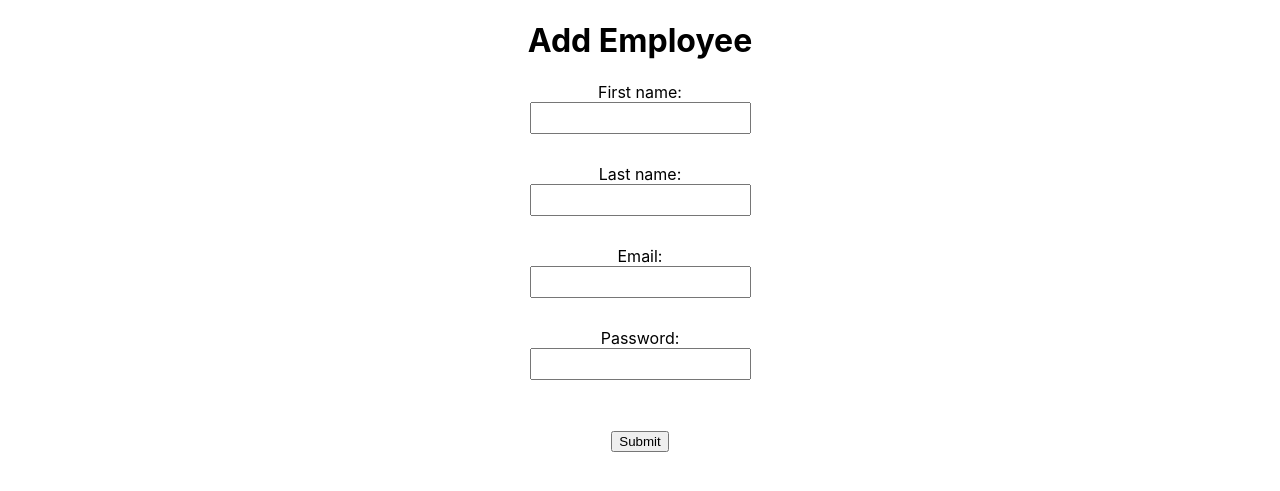
Repository: Biniyamkb/Evangadi-forum
Page: /addemployee (app in demoapp/frontend/)
The author's editor kept a copy of each file at every save. The page is drawn from the files as they stood at one save, then again after a run of saves.
The browser window is 1280 px wide. The pictures show the whole page.
The project was rebuilt for these pictures with package versions that can differ from the ones it lists, and the page was loaded fresh each time. Also part of the build but not shown: demoapp/frontend/src/Pages/Home.js, demoapp/frontend/src/Pages/Login.js.

Above is the page before, as saved 2025-05-04 22:14:02.

### demoapp/frontend/src/index.js
import React from "react";
import ReactDOM from "react-dom/client";
import "./index.css";
import App from "./App";
import reportWebVitals from "./reportWebVitals";
//import the Router from react-router-dom
import { BrowserRouter } from "react-router-dom";
const root = ReactDOM.createRoot(document.getElementById("root"));
root.render(
  <React.StrictMode>
    <BrowserRouter>
      <App />
    </BrowserRouter>
  </React.StrictMode>
);

// If you want to start measuring performance in your app, pass a function
// to log results (for example: reportWebVitals(console.log))
// or send to an analytics endpoint. Learn more: https://bit.ly/CRA-vitals
reportWebVitals();

### demoapp/frontend/src/App.js
import "./App.css";
//import the Router from react-router-dom
import { Routes, Route } from "react-router";
import Home from "./Pages/Home";
import Login from "./Pages/Login";
import AddEmployee from "./Pages/AddEmployee";
function App() {
  return (
    <div className="App">
      <Routes>
        <Route path="/" element={<Home />} />
        <Route path="/addemployee" element={<AddEmployee />} />
        <Route path="/login" element={<Login />} />
      </Routes>
    </div>
  );
}

export default App;

### demoapp/frontend/src/App.css
body {
  font-size: 1em;
  text-align: center;
}
input {
  font-size: 1em;
  text-align: left;
  padding: 5px;
  margin-bottom: 30px;
}
.notice {
  color: #ff0000;
}

### demoapp/frontend/src/Pages/AddEmployee.js
import React from "react";

function AddEmployee() {
  return (
    <div>
      <h1>Add Employee</h1>
      <form>
        <label htmlFor="fname">First name:</label>
        <br />
        <input type="text" id="fname" name="fname" />
        <br />
        <label htmlFor="lname">Last name:</label>
        <br />
        <input type="text" id="lname" name="lname" />
        <br />
        <label htmlFor="email">Email:</label>
        <br />
        <input type="email" id="email" name="email" />
        <br />
        <label htmlFor="password">Password:</label>
        <br />
        <input type="password" id="password" name="password" />
        <br /> <br />
        <button type="submit">Submit</button>
      </form>
    </div>
  );
}

export default AddEmployee;

Loaded but not shown: demoapp/frontend/public/index.html (common file); demoapp/frontend/src/index.css (common file); demoapp/frontend/src/reportWebVitals.js (common file)

After the next 2 saves:
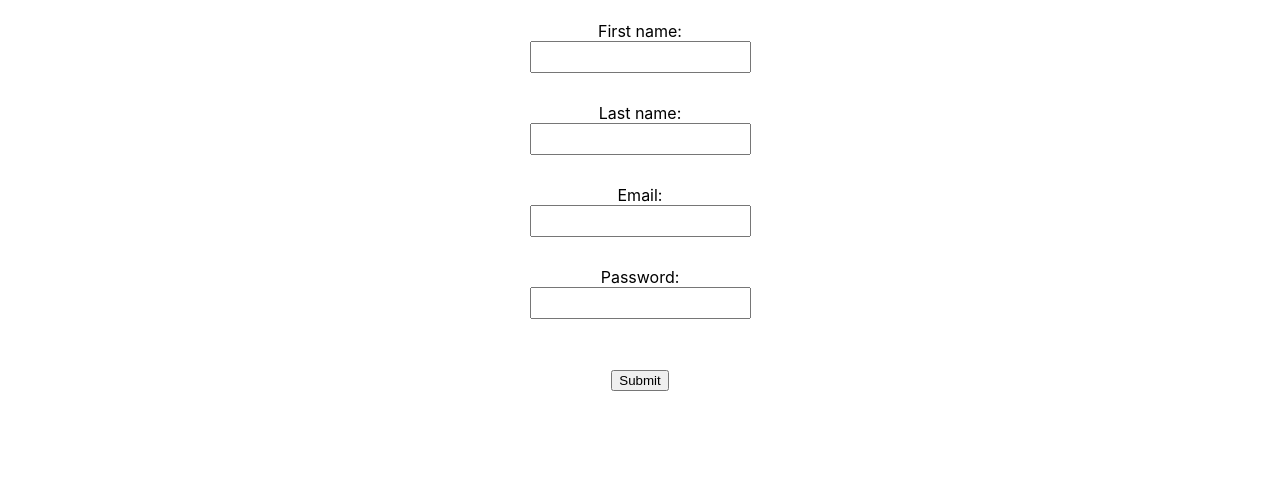
The 2 saves are shown as one change because they came seconds apart.
The last was saved 2 min 21 s later.
--- a/demoapp/frontend/src/Pages/AddEmployee.js
+++ b/demoapp/frontend/src/Pages/AddEmployee.js
@@ -3,7 +3,7 @@
 function AddEmployee() {
   return (
     <div>
-      <h1>Add Employee</h1>
+      <h1>{}</h1>
       <form>
         <label htmlFor="fname">First name:</label>
         <br />

After the save that followed:
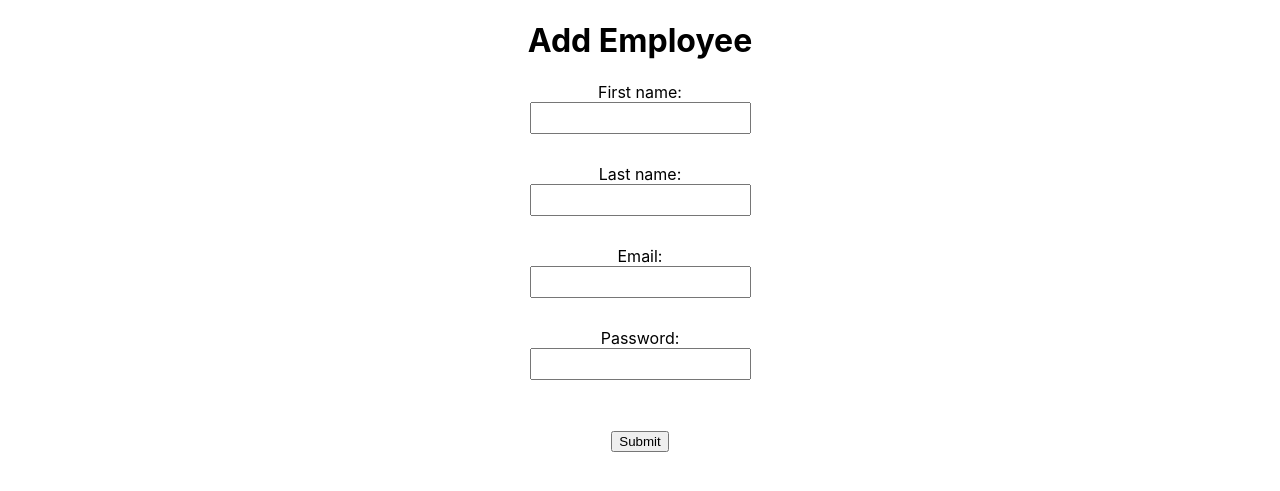
Saved 10 s later.
--- a/demoapp/frontend/src/Pages/AddEmployee.js
+++ b/demoapp/frontend/src/Pages/AddEmployee.js
@@ -3,7 +3,7 @@
 function AddEmployee() {
   return (
     <div>
-      <h1>{}</h1>
+      <h1>Add Employee</h1>
       <form>
         <label htmlFor="fname">First name:</label>
         <br />
